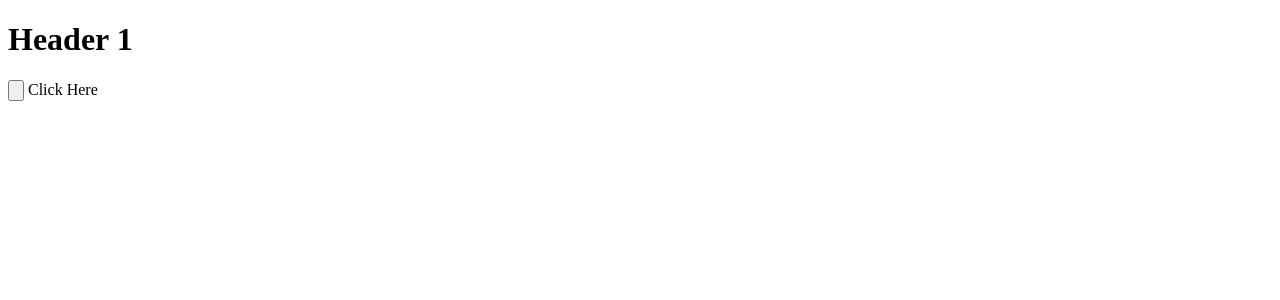
Repository: beefybroccoli/vanilla_javascript
Page: index.html
An editor plug-in stored every save of this project. The page is shown before and after a run of saves, followed by the edit.
The browser window is 1280 px wide. The pictures show the whole page.

Above is the page before, as saved 2022-04-19 12:46:22.

After the next 3 saves:
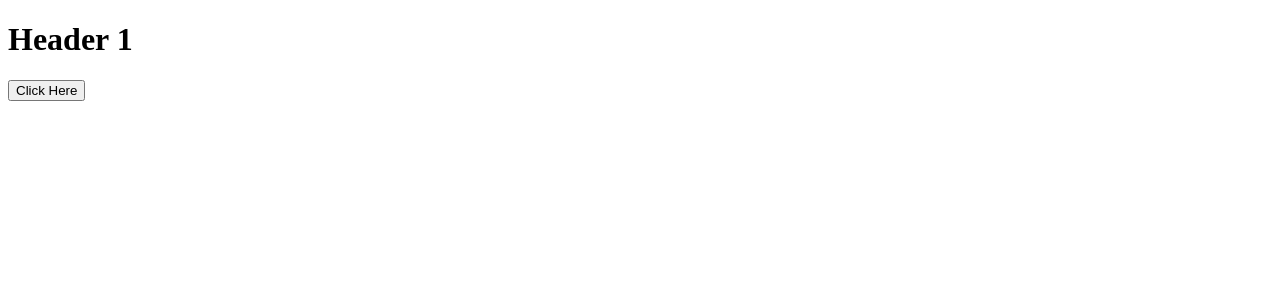
The 3 saves are shown as one change because they came seconds apart.
The last was saved 18 s later.
--- a/index.html
+++ b/index.html
@@ -9,7 +9,7 @@
             <h1>Header 1</h1>
         </main>
 
-        <input type="button" onclick = "service.js"> Click Here</hinput>
+        <input type="button" onclick = "service.js" value="Click Here">
 
     </body>
 </html>
